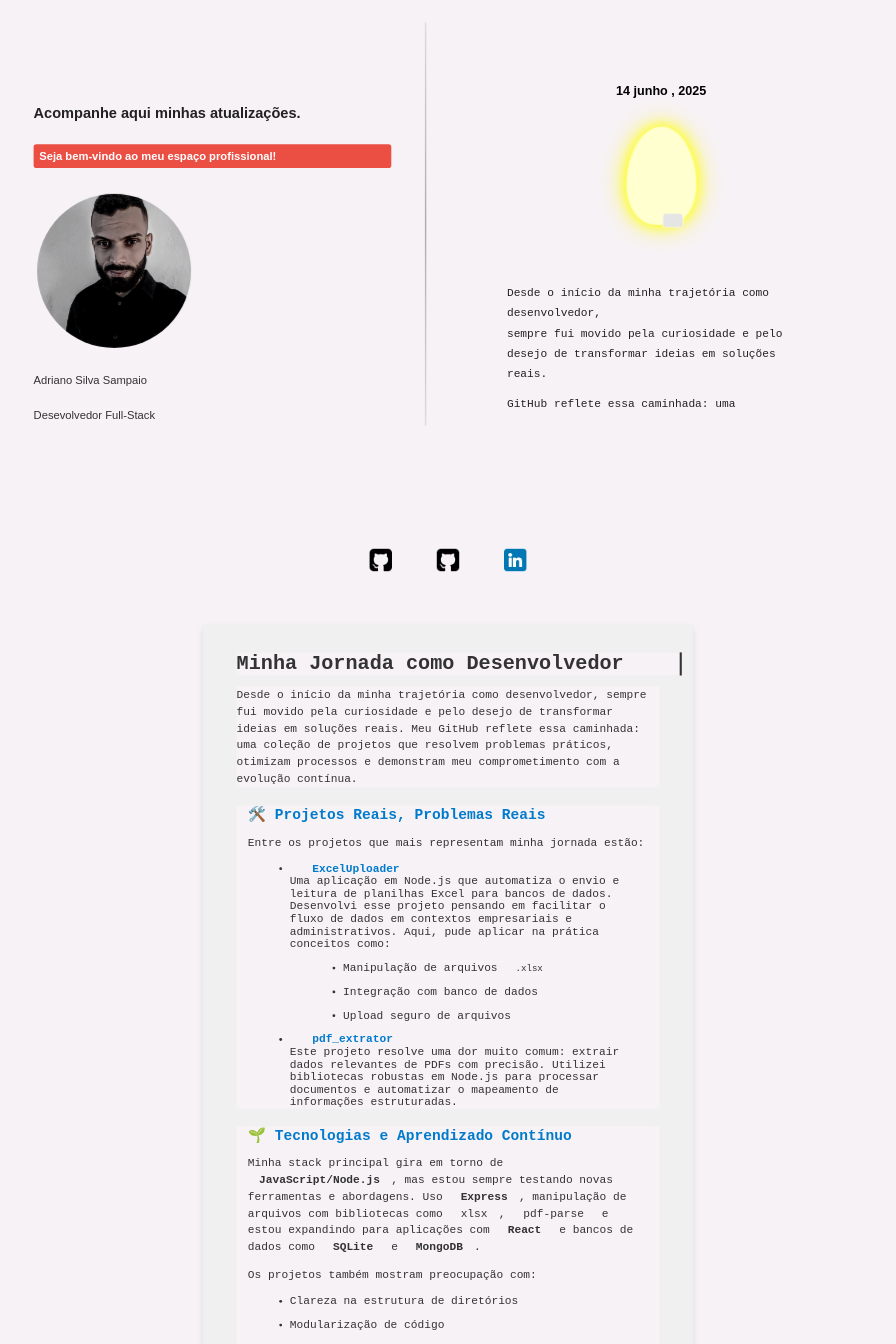
Repository: umdevadriano/portifolio2025
Page: /
An editor plug-in stored every save of this project. The page is shown before and after the next save, followed by the edit.
The browser window is 1280 px wide. The pictures show the part of the page from y = 0 to 1920 px (the page is 2803 px tall), at 70% of full size.
The project was rebuilt for these pictures with package versions that can differ from the ones it lists, and the page was loaded fresh each time. Also part of the build but not shown: vite.config.ts.

Above is the page before, as saved 2025-06-22 20:57:08.

### index.html
<!doctype html>
<html lang="en">
  <head>
    <meta charset="UTF-8" />
    <!-- <link rel="icon" type="image/svg+xml" href="/vite.svg" /> -->
    <meta name="viewport" content="width=device-width, initial-scale=1.0" />
    <title>Adriano Silva Sampaio </title>
  </head>
  <body>
    <div id="root"></div>
    <script type="module" src="/src/main.tsx"></script>
  </body>
</html>

### src/App.tsx
import './App.css'
import ContainerPrincipal from './componentes/containerPrincipal/ContainerPrincipal'
function App() {
  return (
    <>
      <ContainerPrincipal/>
    </>
  )
}

export default App

### src/componentes/containerPrincipal/ContainerPrincipal.tsx
import styled, { createGlobalStyle } from 'styled-components';
import Body from '../Body/Body';
import Footer from '../Footer/Footer';
import RedesSociais from '../redesSociais/redesSociais';
import github from '../redesSociais/github.png';
import linkedin from '../redesSociais/linkedin.png';
import ProfessionalStory from '../ProfessionalStory/ProfessionalStory';

const data = new Date();
const ano = data.getFullYear();
function ContainerPrincipal() {

  const redes = [
    { src: github, link: 'https://github.com/adrianodisam' },
    { src: github, link: 'https://github.com/umdevadriano' },
    { src: linkedin, link: 'https://www.linkedin.com/in/adriano-silva-sampaio/' }
  ];
  const GlobalStyle = createGlobalStyle`
    *, *::before, *::after {
    box-sizing: border-box;
    background-color: #f7f2f6;
    margin: 1rem;
  }

    html, body {
      margin: 0;
      padding: 0;
      overflow-x: hidden;
      width: 100%;
    }
  `;

  const Principal = styled.div`
    display: flex;
    justify-content: center;
    width: 100%;
    height: 100vh;
    font-family: 'Arial', sans-serif;
    overflow: hidden;
    margin: 0;
    padding: 0;

    @media (max-width: 768px) {
      display: flex;
      flex-direction: column;
      justify-items: center;
      justify-content: center;
      align-items: center;
    }


  `;
  return (
    <>
      <GlobalStyle />
      <Principal>
        <Body/>
      </Principal>
      <RedesSociais redes={redes}/>
      <ProfessionalStory/>
      <Footer>Desenvolvimento de Software<br />© {ano} Adriano Silva Sampaio</Footer>
    </>
  )
}
export default ContainerPrincipal

### src/componentes/Body/Body.tsx
import Principal from '../Principal/Principal';
import Title from '../Title/Title';
import Banner from '../Banner/Banner';
import ProfileWrapper from '../ProfileWrapper/ProfileWrapper';
import Profile from '../Profile/Profile';
import Role from '../Role/Role';
import Divider from '../Divider/Divider';
import RightSide from '../RightSide/RightSide';
import DateComponente from '../DateComponente/DateComponente';
import EmDesenvolvimento from '../EmDesenvolvimentoWrapper/EmDesenvolvimentoWrapper ';
import LampadaAnimada from '../LampadaAnimada/LampadaAnimada';
const data = new Date();
const dia = String(data.getDate()).padStart(2, '0');
const mes = data.toLocaleString('pt-BR', { month: 'long' });
const ano = data.getFullYear();

function Cabecalho() {
  return (
    <>
      <Principal>
        <Title>Acompanhe aqui minhas atualizações.</Title>
        <Banner>Seja bem-vindo ao meu espaço profissional!</Banner>
        <ProfileWrapper>
          <Profile/>
        </ProfileWrapper>
        <Role> Adriano Silva Sampaio</Role>
        <Role> Desevolvedor  Full-Stack </Role>
      </Principal>
      <Divider />
      <RightSide>
        <DateComponente>{dia}  {mes} , {ano} </DateComponente>
        <LampadaAnimada/>
        <EmDesenvolvimento/>
      </RightSide>
    </>
  )
}
export default Cabecalho

### src/componentes/Footer/Footer.tsx
import styled from 'styled-components';

type Props = {
  children: React.ReactNode;
};

function Footer({ children }: Props){

    const FooterP = styled.p`
        font-size: 1rem;
        color: #999;
        /* margin-top: auto; */
    `;
    const FooterDiv = styled.div`
       display: flex;
       justify-content: left;
       align-items: center;
    `;
    return (
        <>
            <FooterDiv>
                <FooterP>{children}</FooterP>
            </FooterDiv>
        </>
    )
}

export default Footer

### src/componentes/redesSociais/redesSociais.tsx
import styled from 'styled-components';

type RedeSocial = {
  src: string;
  link: string;
};

type Props = {
  redes: RedeSocial[];
};

const RedesSociaisDiv = styled.div`
  flex: 1;
  display: flex;
  justify-content: center;
  align-items: center;

  img {
    width: 2rem;
    height: 2rem;
    object-fit: contain;
    transition: transform 0.2s;
  }

  a:hover img {
    transform: scale(1.1);
  }
`;

function RedesSociais({ redes }: Props) {
  return (
    <RedesSociaisDiv>
      {redes.map((rede, index) => (
        <a
          key={index}
          href={rede.link}
          target="_blank"
          rel="noopener noreferrer"
        >
          <img src={rede.src} alt={`Ícone ${index + 1}`} />
        </a>
      ))}
    </RedesSociaisDiv>
  );
}

export default RedesSociais;

### src/componentes/ProfessionalStory/ProfessionalStory.tsx

import styled, { keyframes } from 'styled-components';

const typewriter = keyframes`
  from {
    width: 0;
  }
  to {
    width: 100%;
  }
`;

const blink = keyframes`
  50% {
    border-color: transparent;
  }
`;

const Container = styled.section`
  font-family: 'Courier New', Courier, monospace;
  color: #333;
  background: #f0f0f0;
  padding: 24px 32px;
  max-width: 700px;
  margin: 40px auto;
  border-radius: 8px;
  box-shadow: 0 4px 10px rgba(0,0,0,0.1);
`;

const Title = styled.h1`
  font-size: 1.8rem;
  margin-bottom: 1rem;
  border-right: 3px solid #333;
  white-space: nowrap;
  overflow: hidden;
  width: 18ch;
  animation: ${typewriter} 2.5s steps(18) 1 forwards,
             ${blink} 0.75s step-end infinite;
`;

const Section = styled.div`
  margin-top: 1.6rem;
`;

const SectionTitle = styled.h2`
  font-size: 1.3rem;
  margin-bottom: 0.6rem;
  color: #007acc;
`;

const Paragraph = styled.p`
  font-size: 1rem;
  line-height: 1.5;
  margin-bottom: 1rem;
`;

const List = styled.ul`
  margin-left: 20px;
  margin-bottom: 1rem;
  list-style-type: disc;
`;

const Link = styled.a`
  color: #007acc;
  text-decoration: none;
  font-weight: 600;

  &:hover {
    text-decoration: underline;
  }
`;

export default function ProfessionalStory() {
  return (
    <Container>
      <Title>Minha Jornada como Desenvolvedor</Title>

      <Paragraph>
        Desde o início da minha trajetória como desenvolvedor, sempre fui movido pela curiosidade e pelo desejo de transformar ideias em soluções reais. Meu GitHub reflete essa caminhada: uma coleção de projetos que resolvem problemas práticos, otimizam processos e demonstram meu comprometimento com a evolução contínua.
      </Paragraph>

      <Section>
        <SectionTitle>🛠️ Projetos Reais, Problemas Reais</SectionTitle>
        <Paragraph>Entre os projetos que mais representam minha jornada estão:</Paragraph>

        <List>
          <li>
            <strong>
              <Link href="https://github.com/umdevadriano/ExcelUploader" target="_blank" rel="noopener noreferrer">
                ExcelUploader
              </Link>
            </strong>
            <br />
            Uma aplicação em Node.js que automatiza o envio e leitura de planilhas Excel para bancos de dados. Desenvolvi esse projeto pensando em facilitar o fluxo de dados em contextos empresariais e administrativos. Aqui, pude aplicar na prática conceitos como:
            <List>
              <li>Manipulação de arquivos <code>.xlsx</code></li>
              <li>Integração com banco de dados</li>
              <li>Upload seguro de arquivos</li>
            </List>
          </li>

          <li>
            <strong>
              <Link href="https://github.com/umdevadriano/pdf_extrator" target="_blank" rel="noopener noreferrer">
                pdf_extrator
              </Link>
            </strong>
            <br />
            Este projeto resolve uma dor muito comum: extrair dados relevantes de PDFs com precisão. Utilizei bibliotecas robustas em Node.js para processar documentos e automatizar o mapeamento de informações estruturadas.
          </li>
        </List>
      </Section>

      <Section>
        <SectionTitle>🌱 Tecnologias e Aprendizado Contínuo</SectionTitle>
        <Paragraph>
          Minha stack principal gira em torno de <strong>JavaScript/Node.js</strong>, mas estou sempre testando novas ferramentas e abordagens. Uso <strong>Express</strong>, manipulação de arquivos com bibliotecas como <code>xlsx</code>, <code>pdf-parse</code> e estou expandindo para aplicações com <strong>React</strong> e bancos de dados como <strong>SQLite</strong> e <strong>MongoDB</strong>.
        </Paragraph>
        <Paragraph>Os projetos também mostram preocupação com:</Paragraph>
        <List>
          <li>Clareza na estrutura de diretórios</li>
          <li>Modularização de código</li>
          <li>Reaproveitamento de componentes e funções</li>
        </List>
      </Section>

      <Section>
        <SectionTitle>📈 Padrão de Contribuição</SectionTitle>
        <Paragraph>
          Minha contribuição é pautada na entrega de soluções funcionais e escaláveis. Prefiro projetos que resolvam um problema concreto e que possam ser utilizados no dia a dia. Além disso, sempre que possível, mantenho os repositórios documentados e com instruções claras de uso.
        </Paragraph>
      </Section>

      <Section>
        <SectionTitle>🧩 Favoritos que Me Inspiram</SectionTitle>
        <Paragraph>Além dos meus próprios projetos, mantenho uma seleção de repositórios favoritos com foco em:</Paragraph>
        <List>
          <li>Templates de SaaS</li>
          <li>Boas práticas em React e Node</li>
          <li>Repositórios que ensinam com exemplos práticos</li>
        </List>
        <Paragraph>
          Esses favoritos refletem o que busco constantemente: <strong>evoluir como dev, tanto no back-end quanto no front-end, sem perder o foco na experiência do usuário final.</strong>
        </Paragraph>
      </Section>

      <Section>
        <SectionTitle>🧠 O Que Me Motiva</SectionTitle>
        <Paragraph>
          Gosto de resolver problemas do mundo real. Desde pequenas automações até ferramentas que impactam um processo maior — como controle de gastos em obras — tudo começa com uma ideia e a vontade de fazer melhor. Tenho como meta desenvolver soluções que possam ajudar tanto uma grande construtora quanto alguém construindo sua própria casa.
        </Paragraph>
      </Section>
    </Container>
  );
}

### src/componentes/Principal/Principal.tsx
import styled from 'styled-components';

type Props = {
  children: React.ReactNode;
};

function Principal({ children }: Props){

    const Principal_div = styled.div`
        flex: 1;
        display: flex;
        flex-direction: column;
        justify-content: center;
    `;
    return (
        <>
        <Principal_div>  {children}</Principal_div>
        </>
    )
}

export default Principal

### src/componentes/Title/Title.tsx
import styled from 'styled-components';

type Props = {
  children: React.ReactNode;
};

function Title({ children }: Props){

    const TitleH2 = styled.h2`
        font-size: 1.3rem;
        margin-bottom: 1rem;
        color: #222;

        @media (max-width: 768px) {
          margin-top: 5rem;
        }
  `;
    return (
        <>
        <TitleH2>{children}</TitleH2>
        </>
    )
}

export default Title

### src/componentes/Banner/Banner.tsx
import styled from 'styled-components';

type Props = {
  children: React.ReactNode;
};

function Banner({ children }: Props){

    const BannerDiv = styled.div`
        background-color: #eb4f44;
        color: white;
        padding: 0.5rem;
        font-weight: bold;
        font-size: 16px;
        display: inline-block;
        border-radius: 4px;
    `;
    return (
        <>
        <BannerDiv>{children}</BannerDiv>
        </>
    )
}

export default Banner

### src/componentes/ProfileWrapper/ProfileWrapper.tsx
import styled from 'styled-components';

type Props = {
  children: React.ReactNode;
};

function ProfileWrapper({ children }: Props){

  // Wrapper da imagem com efeito de borda girando
  const ProfileWrapperDiv = styled.div`
    position: relative;
    width: 230px;
    height: 230px;
    display: flex;
    align-items: center;
    margin-top:1rem;
    justify-content: center;
  `;

    return (
        <>
        <ProfileWrapperDiv>{children}</ProfileWrapperDiv>
        </>
    )
}

export default ProfileWrapper

### src/componentes/Profile/Profile.tsx
import styled from 'styled-components';
import foto from '../assets/foto2.png'

function Profile(){

    const ProfileImg = styled.img`
        width: 220px;
        height: 220px;
        border-radius: 50%;
        object-fit: cover;
        background-color: white;
        z-index: 1;
        filter: grayscale(60%) contrast(110%);
        @media (max-width: 768px) {
            width: 200px;
            height: 200px;
        }
        @media (max-width: 480px) {
            width: 200px;
            height: 200px;
        }
    `;
    return (
        <>
        <ProfileImg src={foto} alt="Foto de perfil"></ProfileImg>
        </>
    )
}

export default Profile

### src/componentes/Role/Role.tsx
import styled from 'styled-components';

type Props = {
  children: React.ReactNode;
};

function Role({ children }: Props){
    const RoleP = styled.p`
        font-size: 16px;
        font-weight: 500;
        color: #333;
    `;
    return (
        <>
        <RoleP>{children}</RoleP>
        </>
    )
}
export default Role

### src/componentes/Divider/Divider.tsx
import styled from 'styled-components';

function Divider(){

    const DividerDiv = styled.div`
        width: 2px;
        height: 80%;
        background: linear-gradient(
            to bottom,
            rgba(0, 0, 0, 0.1),
            rgba(0, 0, 0, 0.3),
            rgba(0, 0, 0, 0.1)
        );
        border-radius: 1px;
        position: relative;
        overflow: hidden;
        &::after {
            content: "";
            position: absolute;
            top: 0;
            left: 0;
            width: 100%;
            height: 100%;
            background: linear-gradient(
                to bottom,
                transparent 40%,
                rgba(255, 255, 255, 0.7) 50%,
                transparent 60%
            );
                animation: shine 3.8s linear infinite;
                pointer-events: none;
         }

        @keyframes shine {
            0% {
            transform: translateY(-100%);
            }
            100% {
            transform: translateY(100%);
            }
        }
    `;
    return (
        <>
        <DividerDiv></DividerDiv>
        </>
    )
}

export default Divider

### src/componentes/RightSide/RightSide.tsx
import styled from 'styled-components';
type Props = {
  children: React.ReactNode;
};

function RightSide({ children }: Props){
    const RightSideDiv = styled.div`
        flex: 1;
        padding: 32px;
        display: flex;
        flex-direction: column;
        justify-content: center;
        align-items: center;
    `;

    return (
        <>
        <RightSideDiv>{children}</RightSideDiv>
        </>
    )
}

export default RightSide

### src/componentes/DateComponente/DateComponente.tsx
import styled from 'styled-components';
type Props = {
  children: React.ReactNode;
};
function Date({ children }: Props){
    const DateP = styled.p`
        font-size: 18px;
        font-weight: bold;
        margin-bottom: 12px;
        padding: 0.5rem;
    `;
    return (
        <>
        <DateP>{children}</DateP>
        </>
    )
}
export default Date

### src/componentes/EmDesenvolvimentoWrapper/EmDesenvolvimentoWrapper .tsx
import  { useEffect, useState } from 'react';
import styled from 'styled-components';

const texto = `Desde o início da minha trajetória como desenvolvedor,
sempre fui movido pela curiosidade e pelo desejo de transformar ideias em soluções reais.
Meu GitHub reflete essa caminhada: uma coleção de projetos que resolvem problemas práticos,
otimizam processos e demonstram meu comprometimento com a evolução contínua.`;

const linhas = texto.split('\n').map(l => l.trim());

const Container = styled.div`
  /* background: #f4f4f4; */
  padding: 24px;
  max-width: 90%;
  margin: 40px auto;
  border-radius: 12px;
  font-family: 'Courier New', Courier, monospace;
  font-size: 1rem;
  color: #222;
  line-height: 1.8;
`;

const Linha = styled.p`
  margin: 0;
`;

const Cursor = styled.span`
  display: inline-block;
  width: 1ch;
  border-right: 2px solid #333;
  animation: blink 0.8s steps(1) infinite;

  @keyframes blink {
    50% {
      border-color: transparent;
    }
  }
`;

export default function EmDesenvolvimento() {
  const [linhasDigitadas, setLinhasDigitadas] = useState<string[]>([]);
  const [linhaAtual, setLinhaAtual] = useState(0);
  const [palavrasDigitadas, setPalavrasDigitadas] = useState<string[]>([]);

  useEffect(() => {
    if (linhaAtual >= linhas.length) return;

    const palavras = linhas[linhaAtual].split(' ');
    let index = 0;

    const intervalo = setInterval(() => {
      setPalavrasDigitadas((prev) => [...prev, palavras[index]]);
      index++;

      if (index >= palavras.length) {
        clearInterval(intervalo);
        setTimeout(() => {
          setLinhasDigitadas((prev) => [...prev, palavras.join(' ')]);
          setPalavrasDigitadas([]);
          setLinhaAtual((prev) => prev + 1);
        }, 600); // pausa entre as linhas
      }
    }, 180); // tempo entre cada palavra

    return () => clearInterval(intervalo);
  }, [linhaAtual]);

  return (
    <Container>
      {linhasDigitadas.map((linha, i) => (
        <Linha key={i}>{linha}</Linha>
      ))}

      {linhaAtual < linhas.length && (
        <Linha>
          {palavrasDigitadas.join(' ')} <Cursor />
        </Linha>
      )}
    </Container>
  );
}

### src/componentes/LampadaAnimada/LampadaAnimada.tsx

import styled, { keyframes } from "styled-components";

// Animação que faz o brilho aumentar e diminuir suavemente
const glow = keyframes`
  0% {
    filter: brightness(0.6);
    box-shadow: 0 0 5px rgba(255, 223, 0, 0.3);
  }
  50% {
    filter: brightness(1.5);
    box-shadow: 0 0 20px rgba(255, 223, 0, 1), 0 0 40px rgba(255, 223, 0, 0.8);
  }
  100% {
    filter: brightness(0.6);
    box-shadow: 0 0 5px rgba(255, 223, 0, 0.3);
  }
`;

const Lampada = styled.div`
  width: 100px;
  height: 140px;
  background: #f5e98a;
  border-radius: 50% 50% 40% 40% / 60% 60% 40% 40%;
  position: relative;
  margin: 20px auto;
  animation: ${glow} 4s ease-in-out infinite;
  box-shadow: 0 0 5px rgba(255, 223, 0, 0.3);

  &::after {
    content: "";
    position: absolute;
    bottom: -20px;
    left: 35%;
    width: 30px;
    height: 20px;
    background: #999;
    border-radius: 5px;
  }
`;

export default function LampadaAnimada() {
  return <Lampada />;
}

Loaded but not shown: src/main.tsx (common file); src/App.css (no stored copy; drawn as an empty file); src/index.css (no stored copy; drawn as an empty file)

After the next save:
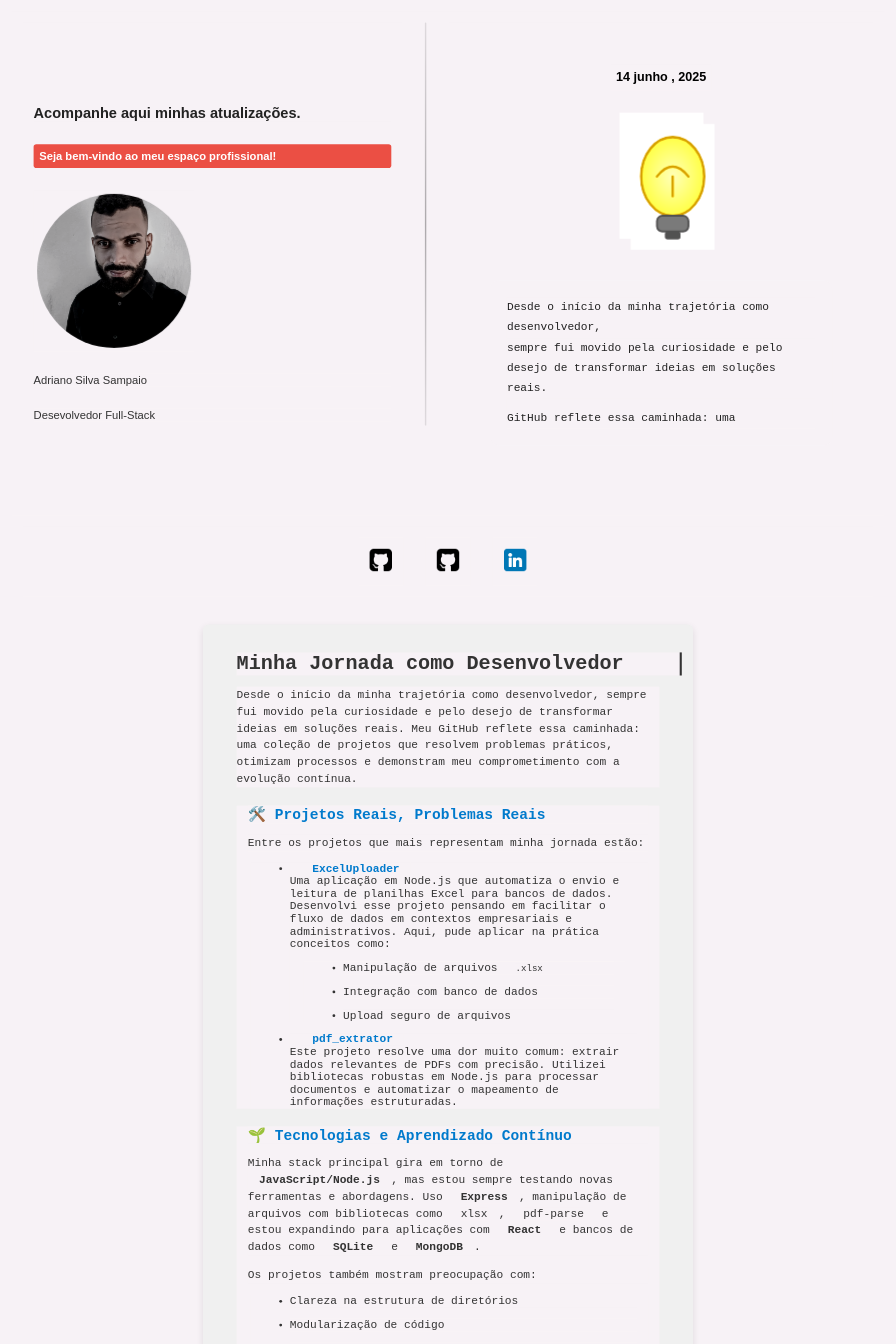
Saved 82 s later.
--- a/src/componentes/LampadaAnimada/LampadaAnimada.tsx
+++ b/src/componentes/LampadaAnimada/LampadaAnimada.tsx
@@ -1,44 +1,96 @@
-
+import React from "react";
 import styled, { keyframes } from "styled-components";
 
-// Animação que faz o brilho aumentar e diminuir suavemente
+// Animação que aumenta o brilho da lâmpada
 const glow = keyframes`
   0% {
-    filter: brightness(0.6);
-    box-shadow: 0 0 5px rgba(255, 223, 0, 0.3);
+    filter: brightness(0.4);
+    opacity: 0.5;
+    drop-shadow(0 0 2px rgba(255, 223, 0, 0.2));
   }
   50% {
-    filter: brightness(1.5);
-    box-shadow: 0 0 20px rgba(255, 223, 0, 1), 0 0 40px rgba(255, 223, 0, 0.8);
+    filter: brightness(1.2);
+    opacity: 1;
+    drop-shadow(0 0 8px rgba(255, 223, 0, 0.8));
   }
   100% {
-    filter: brightness(0.6);
-    box-shadow: 0 0 5px rgba(255, 223, 0, 0.3);
+    filter: brightness(0.4);
+    opacity: 0.5;
+    drop-shadow(0 0 2px rgba(255, 223, 0, 0.2));
   }
 `;
 
-const Lampada = styled.div`
-  width: 100px;
-  height: 140px;
-  background: #f5e98a;
-  border-radius: 50% 50% 40% 40% / 60% 60% 40% 40%;
-  position: relative;
+// Container do SVG com animação
+const LampContainer = styled.div`
+  width: 120px;
+  height: 180px;
   margin: 20px auto;
   animation: ${glow} 4s ease-in-out infinite;
-  box-shadow: 0 0 5px rgba(255, 223, 0, 0.3);
-
-  &::after {
-    content: "";
-    position: absolute;
-    bottom: -20px;
-    left: 35%;
-    width: 30px;
-    height: 20px;
-    background: #999;
-    border-radius: 5px;
-  }
 `;
 
 export default function LampadaAnimada() {
-  return <Lampada />;
+  return (
+    <LampContainer>
+      <svg
+        viewBox="0 0 64 96"
+        fill="none"
+        xmlns="http://www.w3.org/2000/svg"
+        width="100%"
+        height="100%"
+      >
+        {/* Bulbo da lâmpada */}
+        <ellipse
+          cx="32"
+          cy="40"
+          rx="24"
+          ry="30"
+          fill="url(#yellowGlow)"
+          stroke="#b38600"
+          strokeWidth="2"
+        />
+        {/* Filamento */}
+        <path
+          d="M20 40 Q32 25 44 40"
+          stroke="#b38600"
+          strokeWidth="2"
+          fill="none"
+          strokeLinecap="round"
+        />
+        <line
+          x1="32"
+          y1="40"
+          x2="32"
+          y2="55"
+          stroke="#b38600"
+          strokeWidth="2"
+          strokeLinecap="round"
+        />
+        {/* Base da lâmpada */}
+        <rect
+          x="20"
+          y="70"
+          width="24"
+          height="12"
+          fill="#666"
+          stroke="#444"
+          strokeWidth="1.5"
+          rx="4"
+        />
+        <rect
+          x="26"
+          y="82"
+          width="12"
+          height="6"
+          fill="#444"
+          rx="2"
+        />
+        <defs>
+          <radialGradient id="yellowGlow" cx="0.5" cy="0.5" r="0.5">
+            <stop offset="0%" stopColor="#fff89a" />
+            <stop offset="100%" stopColor="#ffeb3b" />
+          </radialGradient>
+        </defs>
+      </svg>
+    </LampContainer>
+  );
 }
